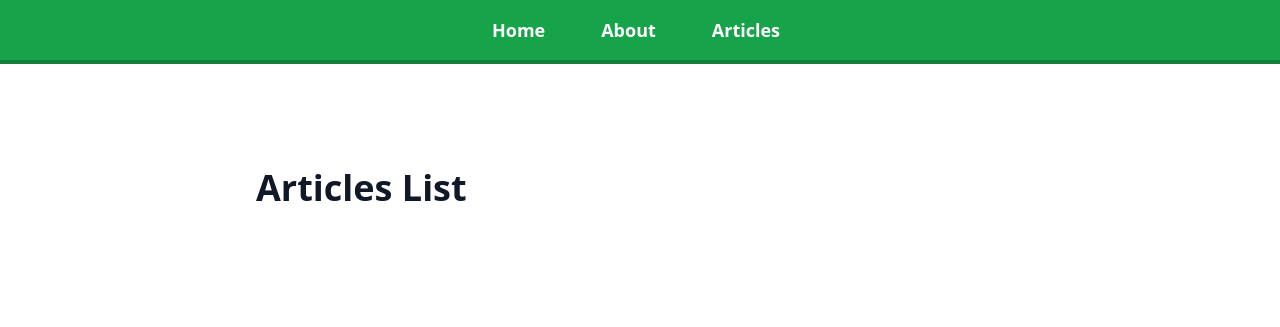
Repository: wenxi0504/BLOG
Page: /articles-list (app in client/)
The author's editor kept a copy of each file at every save. The page is drawn from the files as they stood at one save, then again after the next save.
The browser window is 1280 px wide. The pictures show the whole page.
The project was rebuilt for these pictures with package versions that can differ from the ones it lists, and the page was loaded fresh each time. Also part of the build but not shown: client/src/pages/Home.js, client/src/pages/About.js, client/src/pages/Article.js.

Above is the page before, as saved 2022-09-08 00:44:25.

After the next save:
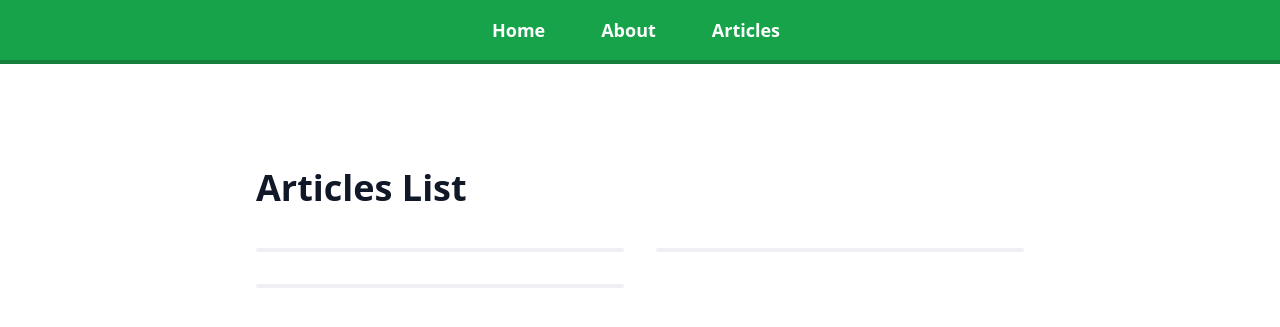
Saved 13 h 40 min later.
--- a/client/src/pages/ArticlesList.js
+++ b/client/src/pages/ArticlesList.js
@@ -1,9 +1,22 @@
 import React from 'react'
+import articleContent from './articleContent'
+import { Link} from 'react-router-dom'
 
 const ArticlesList = () => {
   return (
       <div>
-                   <h1 className='sm:text-4xl text-2xl font-bold my-6 text-gray-900'>Articles List</h1>
+          <h1 className='sm:text-4xl text-2xl font-bold my-6 text-gray-900'>Articles List</h1>
+          <div className="container py-4 mx-auto">
+              <div className="flex flex-wrap -m-4">
+                  {articleContent.map((article, index) => (
+                      <div key={index} className="p-4 md:w-1/2">
+                          <div className="h-full border-2 border-gray-200 border-opacity-60 rounded-lg overflow-hidden">
+                              <Link></Link>
+                          </div>
+                      </div>
+                  ))}
+              </div>
+          </div>
 
     </div>
   )
